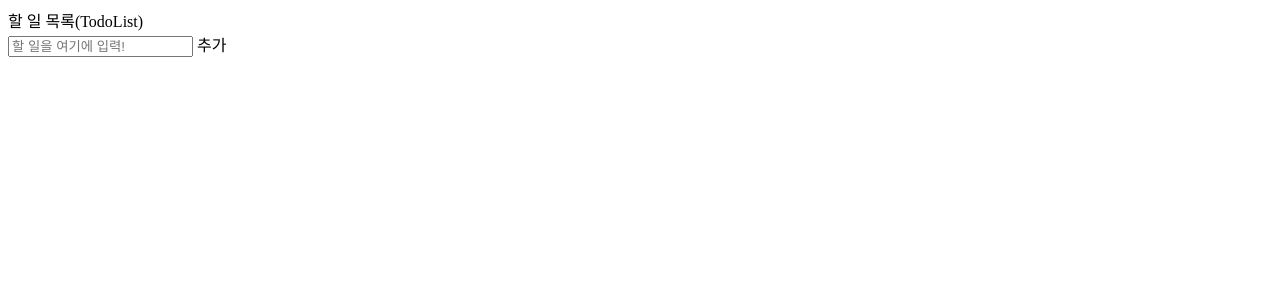
Repository: coolSummer1119/study
Page: workspace/ch03_Jsp/src/main/webapp/ch15_ajax/todoList.html
The author's editor kept a copy of each file at every save. The page is drawn from the files as they stood at one save, then again after the next save.
The browser window is 1280 px wide. The pictures show the whole page.

Above is the page before, as saved 2024-04-29 00:32:36.

After the next save:
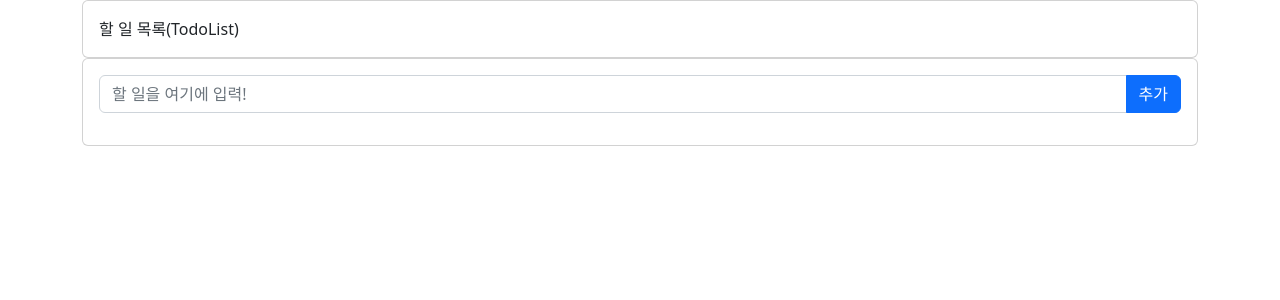
Saved 2 min 0 s later.
--- a/workspace/ch03_Jsp/src/main/webapp/ch15_ajax/todoList.html
+++ b/workspace/ch03_Jsp/src/main/webapp/ch15_ajax/todoList.html
@@ -4,6 +4,7 @@
 <meta charset="UTF-8">
 <meta name="veiwport" content="width=device-width,initial-scale=1">
 <title>할 일 목록(TodoList)</title>
+<link rel="stylesheet" href="https://unpkg.com/bootstrap@5.2.3/dist/css/bootstrap.min.css">
 </head>
 <body>
 <div class="container">
